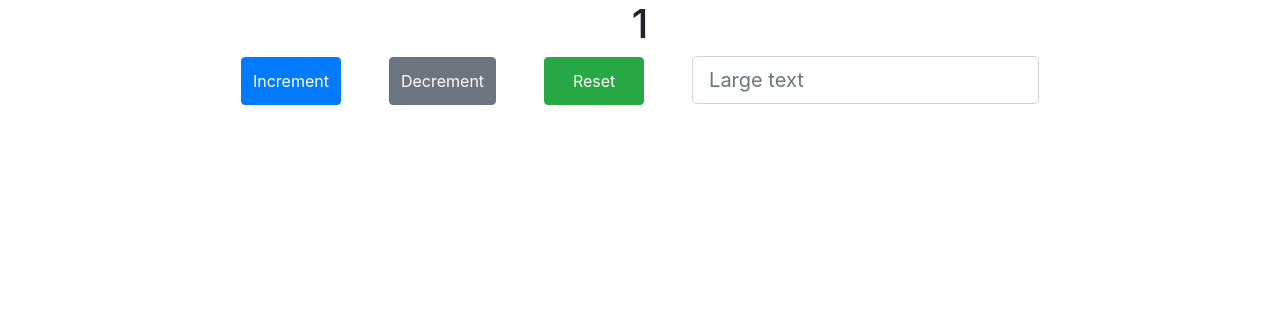
Repository: tts2610/redux-counter
Page: /
An editor plug-in stored every save of this project. The page is shown before and after the next save, followed by the edit.
The browser window is 1280 px wide. The pictures show the whole page.
The project was rebuilt for these pictures with package versions that can differ from the ones it lists, and the page was loaded fresh each time.

Above is the page before, as saved 2020-06-09 16:17:24.

### src/index.js
import React from "react";
import ReactDOM from "react-dom";
import "./index.css";
import App from "./App";
import * as serviceWorker from "./serviceWorker";
import { createStore } from "redux";
import { Provider } from "react-redux";

const initialState = {
  count: 1,
  color: "pink",
  divArr: [],
};

function countReducer(state = initialState, action) {
  switch (action.type) {
    case "INCREMENT":
      return {
        count: state.count + 1,
        color: action.payload,
      };
    case "DECREMENT":
      return {
        count: state.count - 1 < 1 ? 1 : state.count - 1,
        color: action.payload,
      };
    case "RESET":
      return {
        count: 1,
        color: action.payload,
      };
    case "CHANGECOLOR":
      return {
        count: state.count,
        color: action.payload,
      };
    case "CHANGEINDIVIDUAL":
      return {
        count: state.count,
        color: action.payload,
        divArr: [...state.divArr, action.payload],
      };
    default:
      return state;
  }
}

const store = createStore(
  countReducer,
  // Hooks up Redux Devtools
  window.__REDUX_DEVTOOLS_EXTENSION__ && window.__REDUX_DEVTOOLS_EXTENSION__()
);

ReactDOM.render(
  <Provider store={store}>
    <App />
  </Provider>,
  document.getElementById("root")
);

// If you want your app to work offline and load faster, you can change
// unregister() to register() below. Note this comes with some pitfalls.
// Learn more about service workers: https://bit.ly/CRA-PWA
serviceWorker.unregister();

### src/App.js
import React from "react";
import "./App.css";
import { useSelector, useDispatch } from "react-redux";
import "bootstrap/dist/css/bootstrap.min.css";
import { Form, Button } from "react-bootstrap";

function App() {
  const count = useSelector((state) => state.count);
  const color = useSelector((state) => state.color);
  const arr = useSelector((state) => state.divArr);
  const dispatch = useDispatch();
  let temp = count;
  let divList = [];
  while (temp < 0) {
    divList.push(
      <div
        style={{
          width: "150px",
          height: "150px",
          backgroundColor: `${color}`,
          margin: "0 auto",
          borderBottom: "1px solid black",
        }}
      >
        <Form.Group>
          <Form.Control
            size="lg"
            onChange={(e) =>
              dispatch({
                type: "CHANGEINDIVIDUAL",
                payload: { temp: e.target.value },
              })
            }
            type="text"
            placeholder="Large text"
          />
        </Form.Group>
      </div>
    );
    temp--;
  }

  console.log(divList);

  return (
    <div className="App">
      <h1>{count}</h1>
      <div
        style={{
          display: "flex",
          justifyContent: "center",
          alignItems: "baseline",
        }}
      >
        <Button
          onClick={() => dispatch({ type: "INCREMENT", payload: color })}
          variant="primary"
          className="mr-5"
          style={{ minWidth: "100px", padding: "11px" }}
        >
          Increment
        </Button>{" "}
        <Button
          onClick={() => dispatch({ type: "DECREMENT", payload: color })}
          variant="secondary"
          className="mr-5"
          style={{ minWidth: "100px", padding: "11px" }}
        >
          Decrement
        </Button>{" "}
        <Button
          onClick={() => dispatch({ type: "RESET", payload: color })}
          variant="success"
          className="mr-5"
          style={{ minWidth: "100px", padding: "11px" }}
        >
          Reset
        </Button>{" "}
        <Form.Group>
          <Form.Control
            size="lg"
            onChange={(e) =>
              dispatch({ type: "CHANGECOLOR", payload: e.target.value })
            }
            type="text"
            placeholder="Large text"
          />
        </Form.Group>
      </div>
      {/* {Array(count).fill(
        <div
          style={{
            width: "150px",
            height: "150px",
            backgroundColor: `${color}`,
            margin: "0 auto",
            borderBottom: "1px solid black",
          }}
        >
        </div>
      )} */}
      {divList}
    </div>
  );
}

export default App;

Loaded but not shown: public/index.html (common file); src/index.css (common file); src/serviceWorker.js (common file); src/App.css (common file)

After the next save:
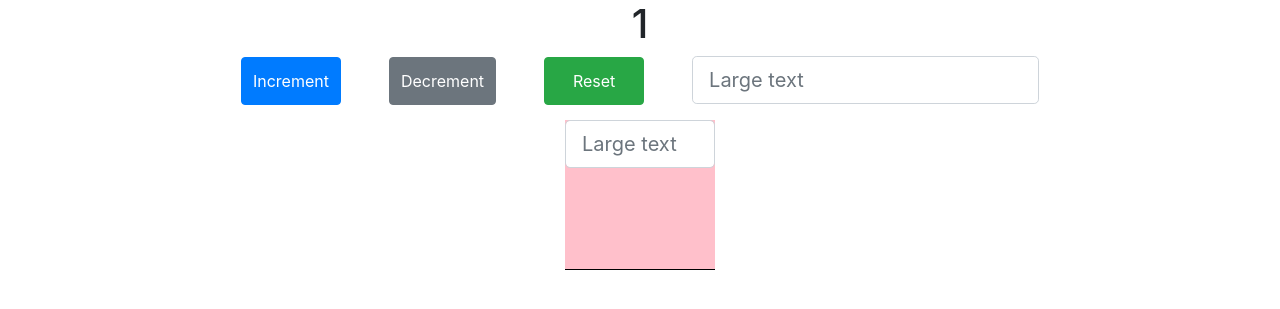
Saved 22 s later.
--- a/src/App.js
+++ b/src/App.js
@@ -11,7 +11,7 @@ function App() {
   const dispatch = useDispatch();
   let temp = count;
   let divList = [];
-  while (temp < 0) {
+  while (temp > 0) {
     divList.push(
       <div
         style={{
